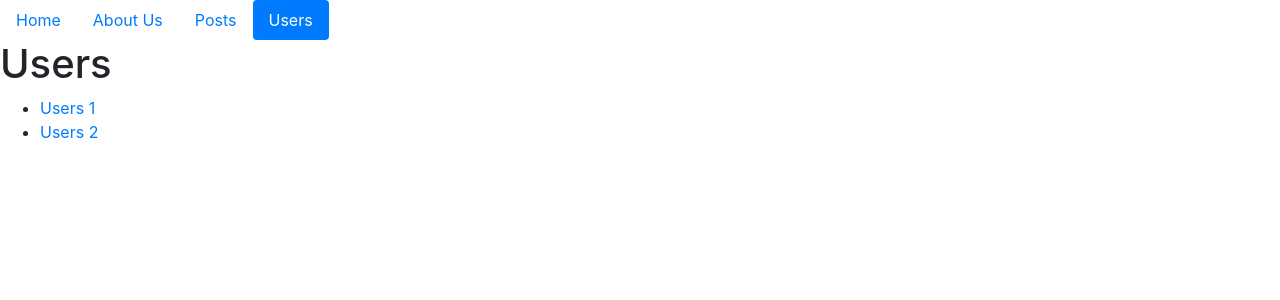
Repository: toufik17/vuejs
Page: /users
These files come from the project's save history. The page is drawn as it stood at one moment and after the next save; the edit follows.
The browser window is 1280 px wide. The pictures show the whole page.
The project was rebuilt for these pictures with package versions that can differ from the ones it lists, and the page was loaded fresh each time. Also part of the build but not shown: src/components/Home.vue, src/components/About.vue, src/components/Post.vue, src/components/Posts.vue.

Above is the page before, as saved 2019-03-06 11:37:38.

After the next save:
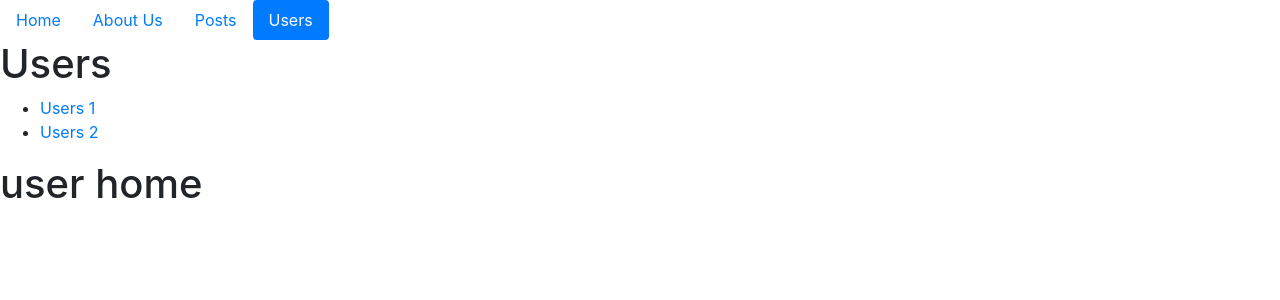
Saved 11 s later.
--- a/src/components/Users.vue
+++ b/src/components/Users.vue
@@ -5,6 +5,6 @@
             <li><router-link to="/users/1">Users 1</router-link></li>
             <li><router-link to="/users/2">Users 2</router-link></li>
         </ul>
-
+        <router-view></router-view>
     </div>
 </template>
